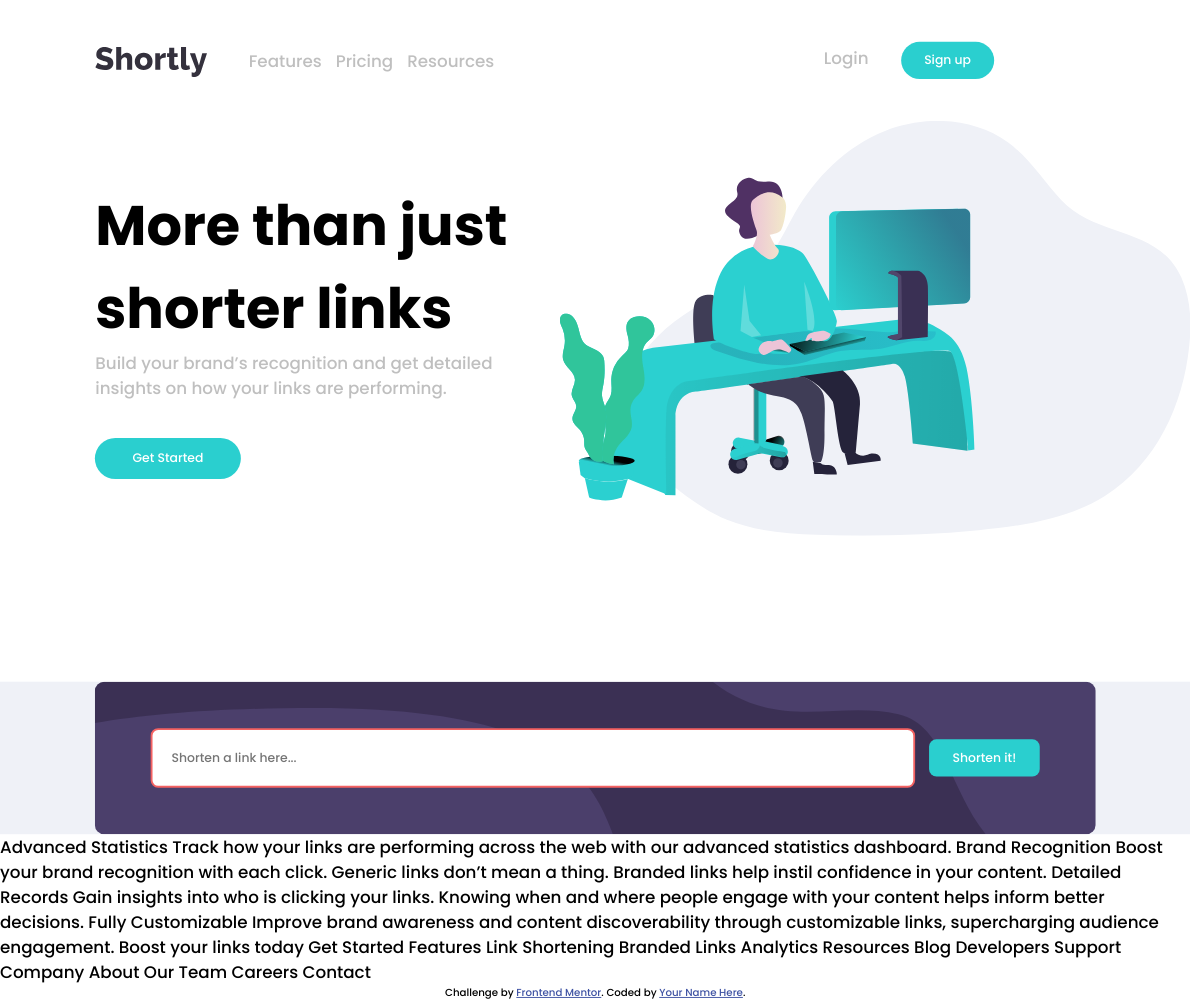
Repository: mamulini/URL-shortener
Page: index.html
An editor plug-in stored every save of this project. The page is shown before and after the next save, followed by the edit.
The browser window is 1280 px wide. The pictures show the whole page, at 93% of full size.
The style sheet was rebuilt from its Sass, Less or Tailwind sources for each picture, by a compiler version that may differ from the author's.

Above is the page before, as saved 2020-04-11 22:05:20.

After the next save:
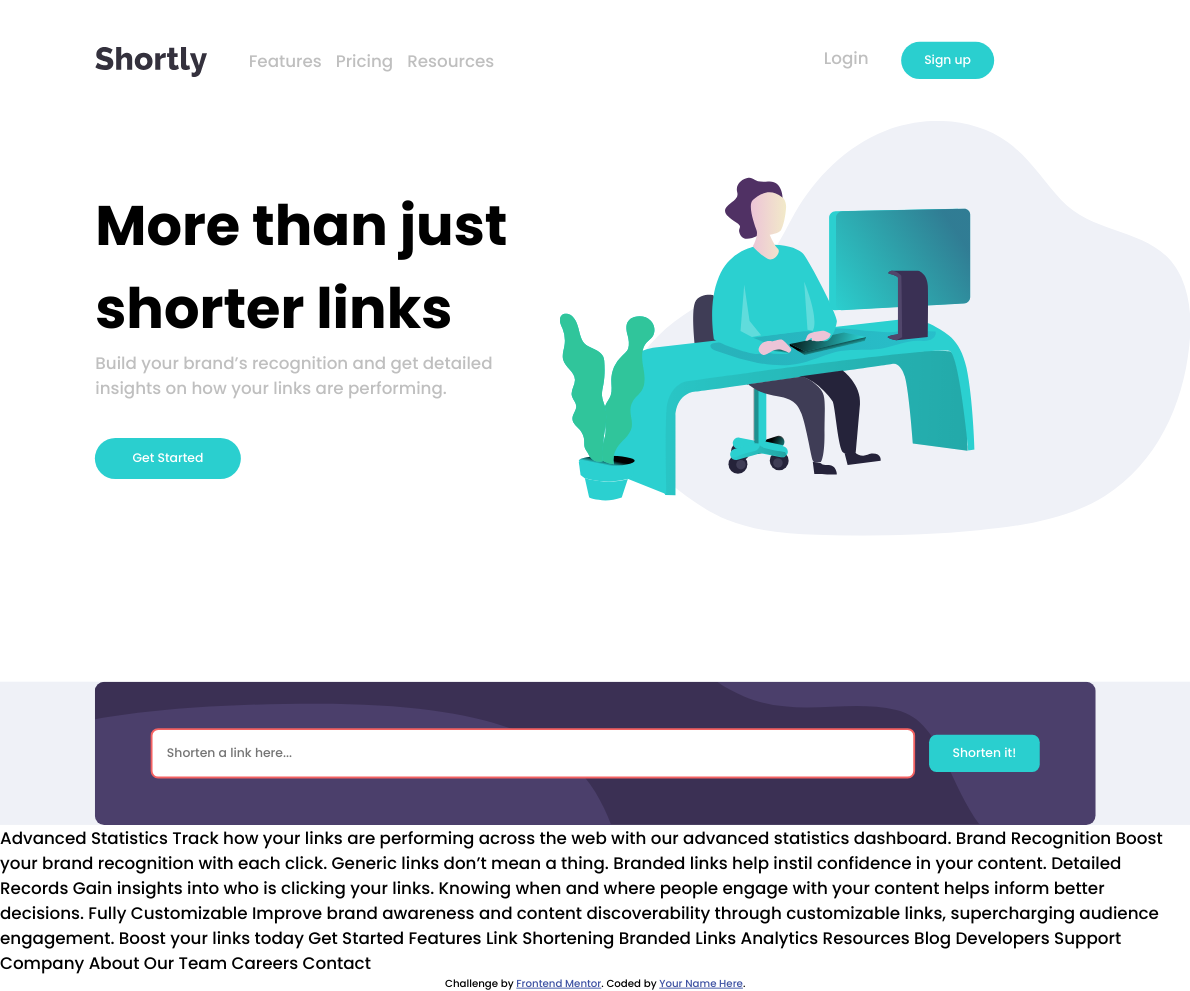
Saved 12 s later.
--- a/sass/main.scss
+++ b/sass/main.scss
@@ -147,7 +147,7 @@ img {
 
     &__input{
         flex: 1;
-        padding: 20px;
+        padding: 15px;
         border-radius: 8px;
         margin-right: 15px;
         font-family:'poppins', sans-serif;
